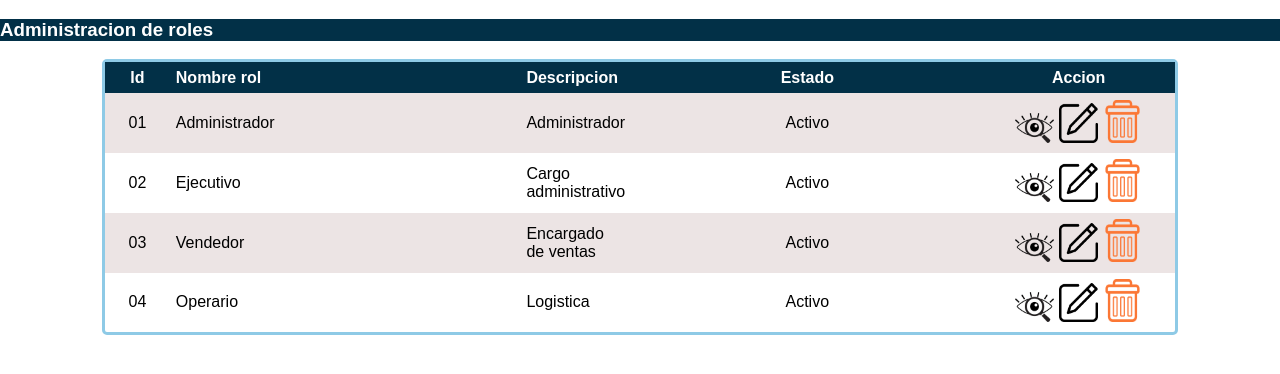
Repository: AlexanderBarona/Proyecto_Ciclo3_Mintic
Page: PaginaWeb/pages/listar_roles.html
An editor plug-in stored every save of this project. The page is shown before and after the next save, followed by the edit.
The browser window is 1280 px wide. The pictures show the whole page.

Above is the page before, as saved 2021-09-30 14:45:12.

### PaginaWeb/pages/listar_roles.html
<!DOCTYPE html>
<html>

   <head>
      <title>Administracion de roles</title>
      <link href="../css/style.css" rel="stylesheet" type="text/css">
      <link href="../css/admin_user.css" rel="stylesheet" type="text/css">
   </head>
   <body class="admin_user">

        <header>
           <h3>Administracion de roles</h3>
        </header>
        <main>

          <div class="table_principal">
              <table class="table_entity">

                <tbody class="table_body">

                    <tr class="table_header">
                      <td class="table_cell center">Id</td>
                      <td class="table_cell">Nombre rol</td>
                      <td class="table_cell">Descripcion</td>
                      <td class="table_cell center">Estado</td>
                      <td class="table_cell center">Accion</td>
                    </tr>

                    <tr >
                      <td class="table_cell center">01</td>
                      <td class="table_cell">Administrador</td>
                      <td class="table_cell">Administrador</td>
                      <td class="table_cell center">Activo</td>
                      <td class="table_cell center">
                        <div class="icon_container">
                          <nav>
                            <a href="icon_table">
                              <img class="icon_cell" src="../images/IconRead.ico">
                            </a>
                            <a href="icon_table">
                              <img class="icon_cell" src="../images/IconUpdate.ico">
                            </a>
                            <a href="icon_table">
                              <img class="icon_cell" src="../images/IconDelete.ico">
                            </a>
                          </nav>
                      </div>
                      </td>
                    </tr>
                    <tr >
                        <td class="table_cell center">02</td>
                        <td class="table_cell">Ejecutivo</td>
                        <td class="table_cell">Cargo administrativo</td>
                        <td class="table_cell center">Activo</td>
                        <td class="table_cell center">
                          <div class="icon_container">
                            <nav>
                              <a href="icon_table">
                                <img class="icon_cell" src="../images/IconRead.ico">
                              </a>
                              <a href="icon_table">
                                <img class="icon_cell" src="../images/IconUpdate.ico">
                              </a>
                              <a href="icon_table">
                                <img class="icon_cell" src="../images/IconDelete.ico">
                              </a>
                            </nav>
                        </div>
                        </td>
                    </tr>
                    <tr >
                        <td class="table_cell center">03</td>
                        <td class="table_cell">Vendedor</td>
                        <td class="table_cell">Encargado de ventas</td>
                        <td class="table_cell center">Activo</td>
                        <td class="table_cell center">
                          <div class="icon_container">
                            <nav>
                              <a href="icon_table">
                                <img class="icon_cell" src="../images/IconRead.ico">
                              </a>
                              <a href="icon_table">
                                <img class="icon_cell" src="../images/IconUpdate.ico">
                              </a>
                              <a href="icon_table">
                                <img class="icon_cell" src="../images/IconDelete.ico">
                              </a>
                            </nav>
                        </div>
                        </td>
                      </tr>
                      <tr >
                        <td class="table_cell center">04</td>
                        <td class="table_cell">Operario</td>
                        <td class="table_cell">Logistica</td>
                        <td class="table_cell center">Activo</td>
                        <td class="table_cell center">
                          <div class="icon_container">
                            <nav>
                              <a href="icon_table">
                                <img class="icon_cell" src="../images/IconRead.ico">
                              </a>
                              <a href="icon_table">
                                <img class="icon_cell" src="../images/IconUpdate.ico">
                              </a>
                              <a href="icon_table">
                                <img class="icon_cell" src="../images/IconDelete.ico">
                              </a>
                            </nav>
                        </div>
                        </td>
                      </tr>


                </tbody>
              </table>
          </div>
        </main>
        <footer>
        </footer>
     </body>
</html>

### PaginaWeb/css/style.css
* {
  box-sizing: border-box;
}

body {
  margin: 0;
  font-family: Arial, Helvetica, sans-serif;
}
header {
  background-color: #023047;
  color:  white;

}

footer{
  background-color: #FB8500;
}

### PaginaWeb/css/admin_user.css
/* css barra busqueda*/
@media screen and (max-width: 600px) {
  .Search a,
  .Search input[type="text"] {

    display: block;
    text-align: left;
    width: 100%;
    margin: 0 auto;
    padding: 14px;
    align-items: center;
  }
}

.admin_user .Search {
   overflow: hidden;
   background-color: #e9e9e9;
   display: block;
   width: 100%;
   text-align: center;
  }

.Search a {

    display: block;
    color: black;
    text-align: center;
    padding: 14px 16px;
    text-decoration: none;
    font-size: 17px;
  }

  .Search a:hover {
    background-color: #ddd;
    color: black;
  }

  .Search a.active {
    background-color: #9dcaf0;
    color: white;
  }

  .Search input[type="text"] {
    float: center;
    border-radius: 10px;
    border: 1px solid rgb(174, 204, 218);
    padding: 6px;
    margin-top: 1%;
    margin-right: 2%;
    margin-left: 2%;
    margin-bottom: 1%;
    font-size: 17px;
    width: 80%;
  }
  .Search input[type="text"] {
    border: 1px solid #ccc;
  }

 /* css tabla*/

  .table_entity {
    table-layout: fixed;
    width: 84%;
    margin: 0 auto;
    border-collapse: separate;
    border-spacing: 0px;
    border-radius: 5px;
    border: 3px solid #8ECAE6;

  }

  .table_entity td:first-child {
    width: 4em;
  }
  .table_entity td:nth-child(3) {
    width: 7em;
  }
  .table_entity td:nth-child(5) {
    width: 12em;
  }
  .table_entity td:nth-child(8) {
    width: 5em;

  }
  .table_entity td:nth-child(9) {
    width: 5em;
  }




  .table_header {
    background-color: #023047;
    color: #fff;
    font-weight:bold;
  }

  .table_entity tr:nth-child(even) {
  background-color: #ece4e4;
}

.table_entity .center {
  text-align: center;
}
/* css tabla perfiles*/
.table_entity2 {
  table-layout: fixed;
  width: 84%;
  margin: 0 auto;
  border-collapse: separate;
  border-spacing: 0px;
  border-radius: 5px;
  border: 3px solid #8ECAE6;

}

.table_entity2 td:first-child {
  width: 4em;
}

.table_entity2 td:nth-child(2) {
  width: 16em;
}


.table_entity2 td:nth-child(6) {
  width: 4.8em;

}


.table_entity2 tr:nth-child(even) {
background-color: #ece4e4;
}

.table_entity2 .center {
  text-align: center;
}

  th, td {

      word-wrap: break-word;
      padding: 0.4em;
      margin: 0em;
  }
  /* iconos */
  .icon_cell {

    height: 28%;
    width: 22%;
    margin: 0 auto 0 0;


}

.icon_container a , .icon_container a:visited {


  text-decoration: none;

}
/* css checkbox */

.checkbox_container input[type="checkbox"]  {
  content: "";
  width: 2em;
  height: 2em;
  border: 4px solid #bf810f;
  float: left;
  margin: 0 auto 0 0;
  border-right: 0;
  border-top: 0;


}
.checkbox_container input[type="checkbox"]:checked   {
  content: "";
  width: 2.2em;
  height: 2.2em;
  border: 4px solid #bf810f;
  color: #bf810f;
  background-color:#bf810f ;
  float: left;
  margin: 0 auto 0 0;
  border-right: 0;
  border-top: 0;

}

After the next save:
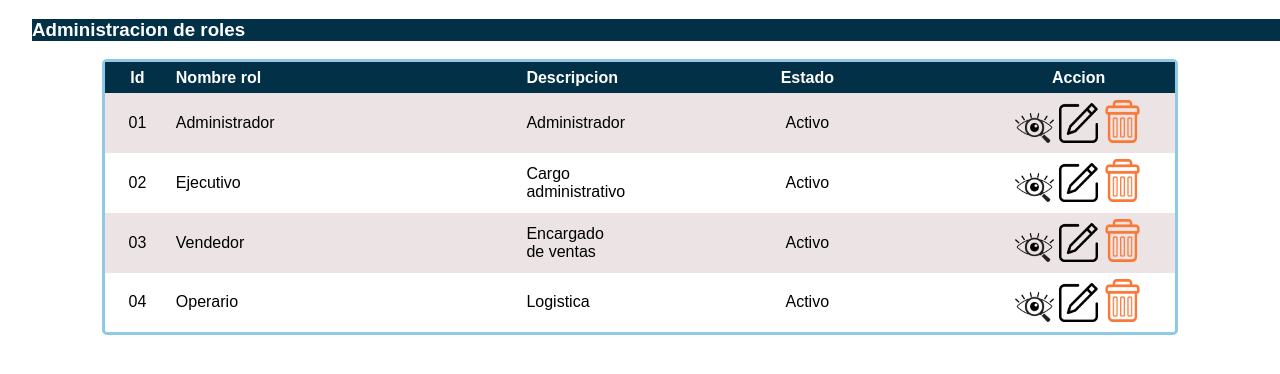
Saved 76 s later.
--- a/PaginaWeb/css/style.css
+++ b/PaginaWeb/css/style.css
@@ -9,6 +9,7 @@ body {
 header {
   background-color: #023047;
   color:  white;
+  margin-left:2em ;
 
 }
 
